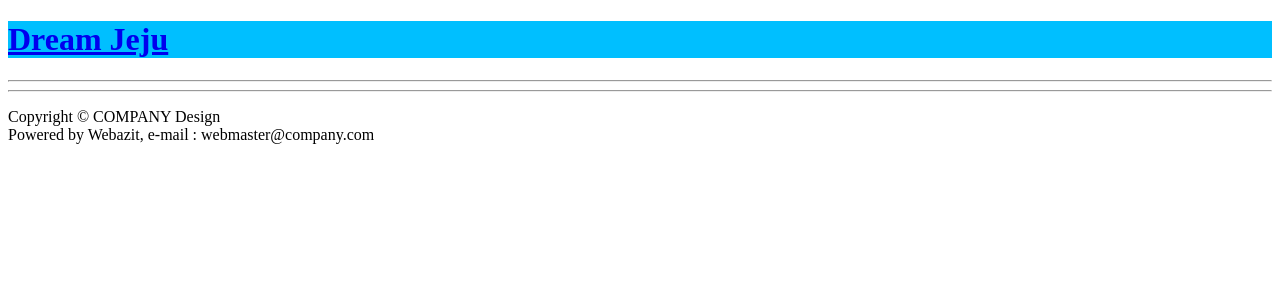
Repository: Gmajorlist/HTML
Page: webProject/src/main/webapp/index.html
These files come from the project's save history. The page is drawn as it stood at one moment and after the next save; the edit follows.
The browser window is 1280 px wide. The pictures show the whole page.

Above is the page before, as saved 2023-03-22 08:40:41.

After the next save:
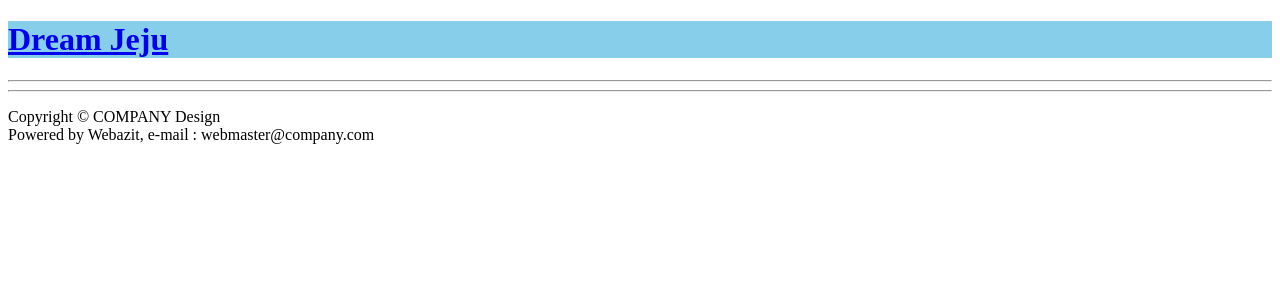
Saved 10 s later.
--- a/webProject/src/main/webapp/index.html
+++ b/webProject/src/main/webapp/index.html
@@ -7,7 +7,7 @@
 </head>
 <body>
 <div id="wrap">
-	<div id="header" style="background-color: deepskyblue;">
+	<div id="header" style="background-color:skyblue;">
 		<h1 class="logo"><a href="#">Dream Jeju</a></h1>
 
 
